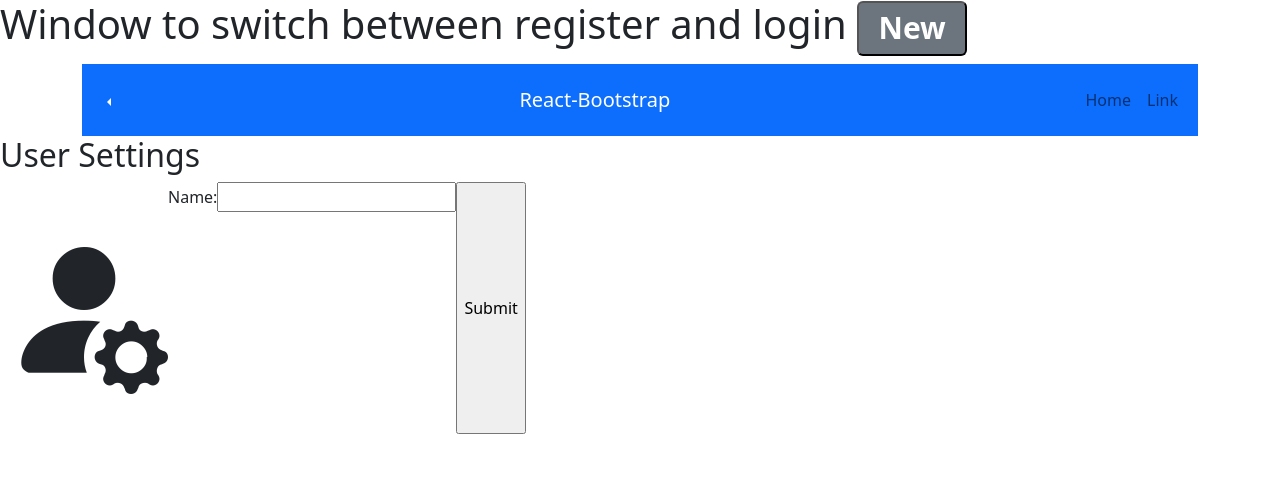
Repository: christenis98/RealWorldApp
Page: / (app in bank-frontend/)
An editor plug-in stored every save of this project. The page is shown before and after the next save, followed by the edit.
The browser window is 1280 px wide. The pictures show the whole page.
The project was rebuilt for these pictures with package versions that can differ from the ones it lists, and the page was loaded fresh each time. Also part of the build but not shown: bank-frontend/src/App.css.

Above is the page before, as saved 2022-11-24 12:20:12.

After the next save:
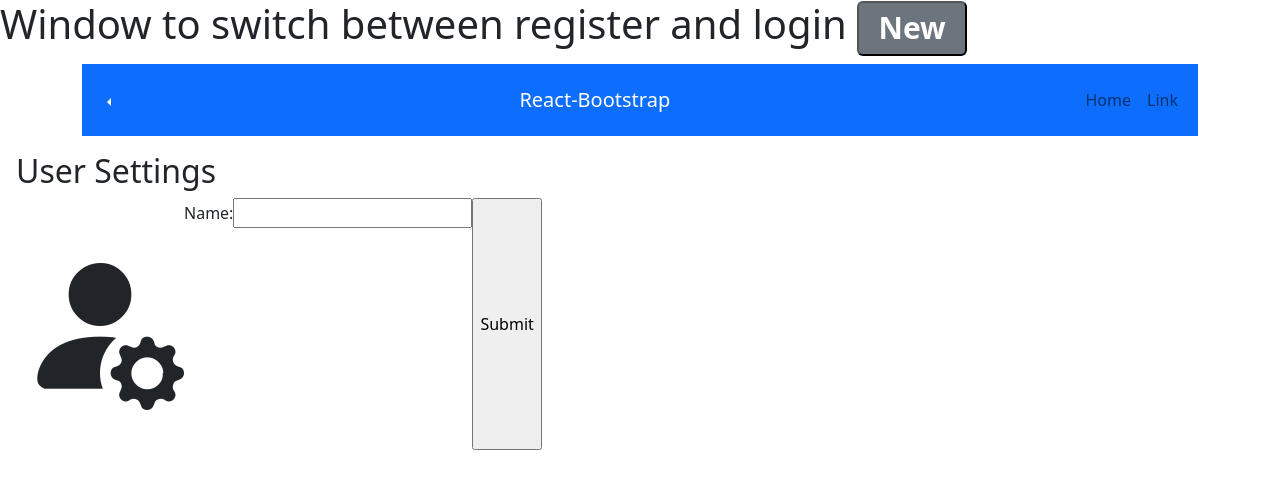
Saved 43 s later.
--- a/bank-frontend/src/js/UserSettings.jsx
+++ b/bank-frontend/src/js/UserSettings.jsx
@@ -2,7 +2,7 @@ import React from 'react'
 
 function UserSettings() {
     return (
-        <div class="d-flex flex-column bd-highlight mb-3">
+        <div class="d-flex flex-column bd-highlight mb-3 p-3">
             <h2>User Settings</h2>
             <div class="d-flex flex-row bd-highlight mb-3">
                 <i class="bi bi-person-fill-gear" style={{fontSize: "1050%"}}></i>
